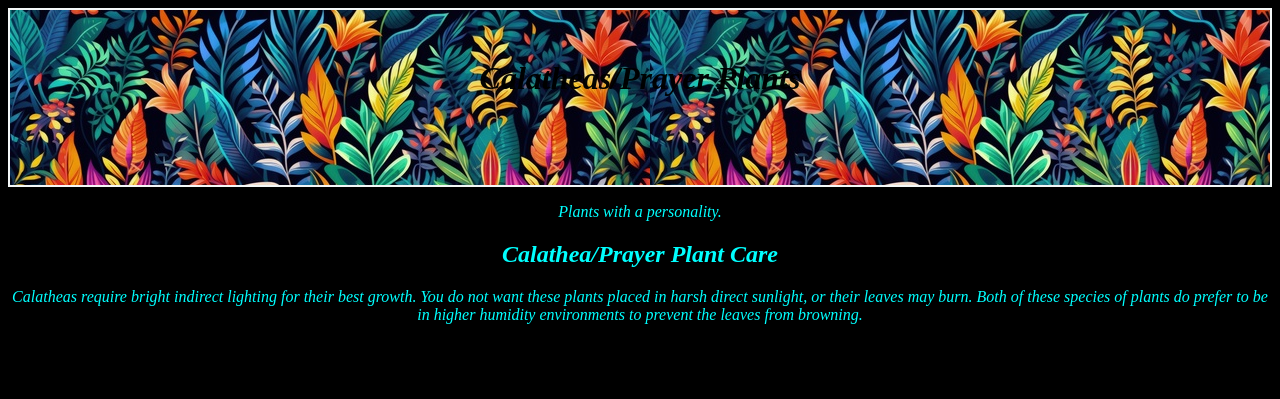
Repository: swillis91/odin-recipies
Page: Planty Page/calatheas.html
An editor plug-in stored every save of this project. The page is shown before and after the next save, followed by the edit.
The browser window is 1280 px wide. The pictures show the whole page.

Above is the page before, as saved 2023-08-09 23:55:05.

### Planty Page/calatheas.html
<!DOCTYPE html>
    <html>
        <head>
            <title>Calatheas</title>
            <link href="style.css" rel="stylesheet"
        </head>
        <body>
            <h1 class="heading">Calatheas/Prayer Plants</h1>
              <p>Plants with a personality.</p>
            <h2>Calathea/Prayer Plant Care</h2>
              <p class="care">Calatheas require bright indirect lighting for their best growth. You do not want these plants placed in harsh direct sunlight, or their leaves may burn. Both of these species of plants do prefer to be in higher humidity environments to prevent the leaves from browning.</p>
        </body>
    </html>

### Planty Page/style.css
body{
    background-color: black;
    color:aqua;
    text-align: center;
    font-family:cursive;
    font-style: oblique;
}

.heading{
    color: rgba(0, 0, 0, 0.974);
    border: 2px solid rgb(244, 247, 247);
    background-image: url('Images/banner.jpg');
    height: 75px;
    margin: 0 auto;
    padding:50px 20px;

}

After the next save:
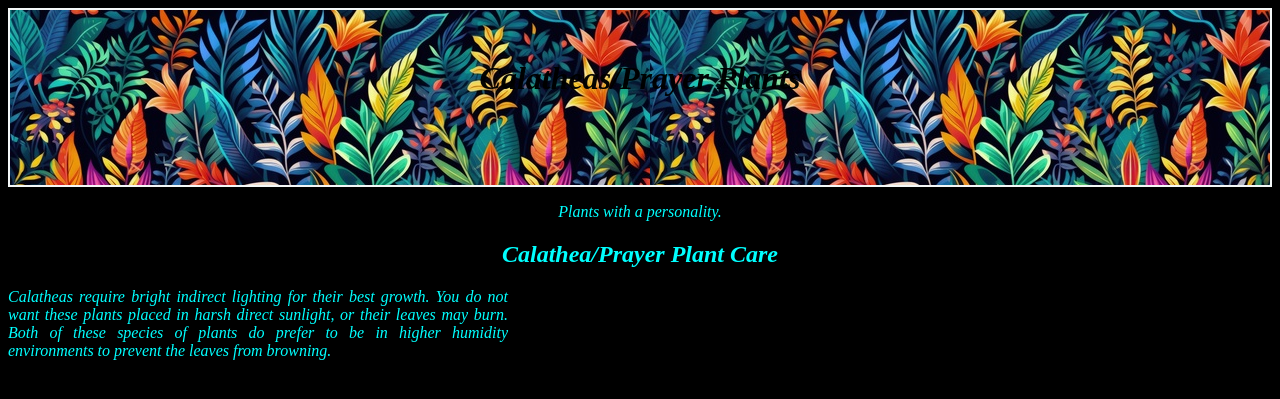
Saved 40 s later.
--- a/Planty Page/style.css
+++ b/Planty Page/style.css
@@ -15,3 +15,9 @@ body{
     padding:50px 20px;
 
 }
+
+.care{
+    text-align: justify;
+    width: 500px;
+
+}
